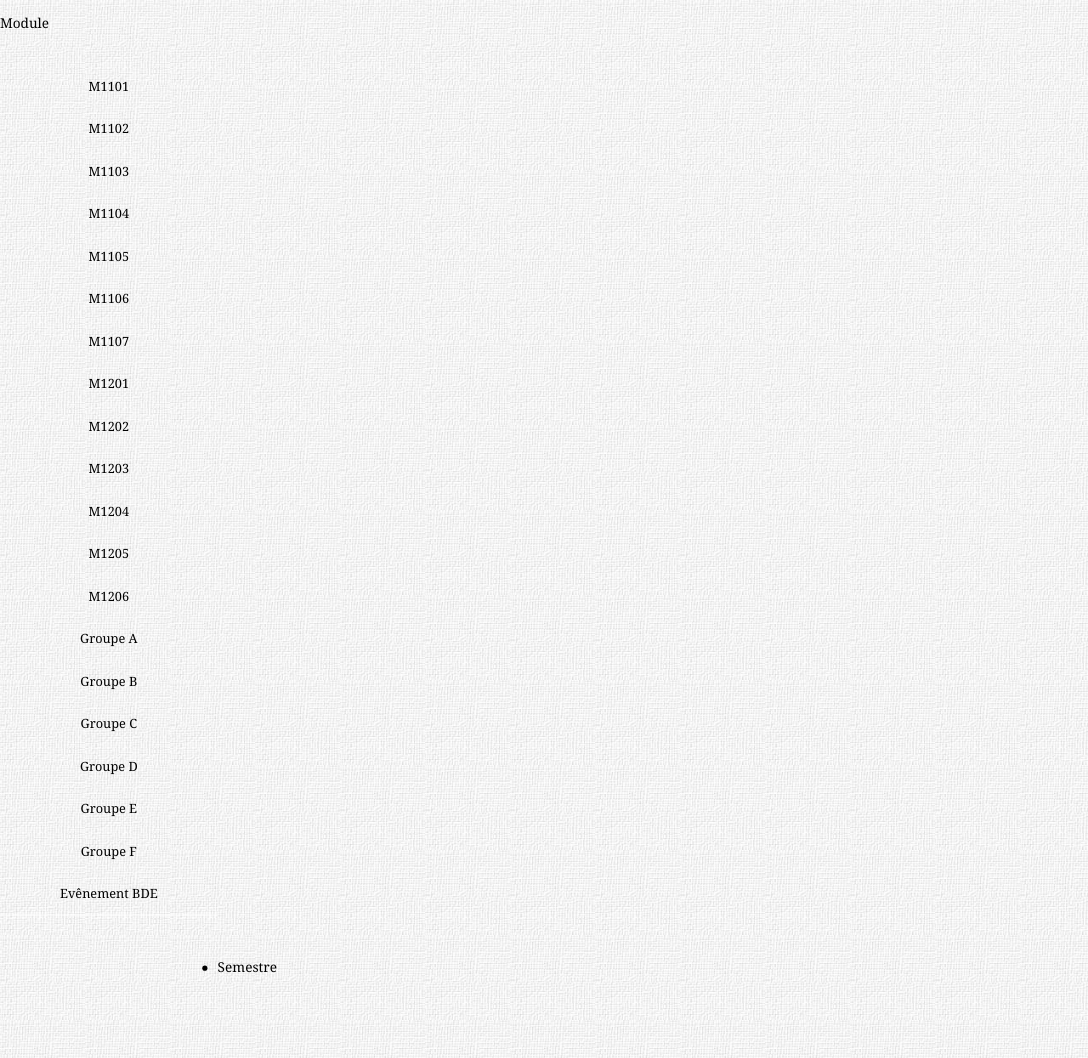
Repository: ValentinArg/PETUT
Page: http://localhost/PETUT/WEB-INF/jsp/eleve/semestre1.jsp
An editor plug-in stored every save of this project. The page is shown before and after the next save, followed by the edit.
The browser window is 1280 px wide. The pictures show the whole page, at 85% of full size.
Some web libraries are served in a nearby version. The page is served by Tomcat 9. Nobody is signed in. Other server files are loaded and not shown. The template is opened directly, without the code that normally fills it, so the values that code supplies are empty.

Above is the page before, as saved 2016-10-01 16:16:35.

### PETUT/WebContent/WEB-INF/jsp/eleve/semestre1.jsp
<%@ page language="java" contentType="text/html; charset=ISO-8859-1"
    pageEncoding="ISO-8859-1"%>
<!DOCTYPE html PUBLIC "-//W3C//DTD HTML 4.01 Transitional//EN" "http://www.w3.org/TR/html4/loose.dtd">
<html>
<head>
<meta http-equiv="Content-Type" content="text/html; charset=ISO-8859-1">
<link rel ="stylesheet" href = "/PETUT/css/main.css"/>
<link rel ="stylesheet" href = "/PETUT/css/allSemestres.css"/>
<title>Insert title here</title>
</head>
<body>
	<jsp:include page="../enTete.jsp"/>

	<div class="navigation">
		<ul>
			<li class="parent" id="parent1"><p class="module">M1101</p></li>
			<li class="parent" id="parent2"><p class="module">M1102</p></li>
			<li class="parent" id="parent1"><p class="module">M1103</p></li>
			<li class="parent" id="parent2"><p class="module">M1104</p></li>
			<li class="parent" id="parent1"><p class="module">M1105</p></li>
			<li class="parent" id="parent2"><p class="module">M1106</p></li>
			<li class="parent" id="parent1"><p class="module">M1107</p></li>
			<li class="parent" id="parent2"><p class="module">M1201</p></li>
			<li class="parent" id="parent1"><p class="module">M1202</p></li>
			<li class="parent" id="parent2"><p class="module">M1203</p></li>
			<li class="parent" id="parent1"><p class="module">M1204</p></li>
			<li class="parent" id="parent2"><p class="module">M1205</p></li>
			<li class="parent" id="parent1"><p class="module">M1206</p></li>
			<li class="parent" id="parent1"><p class="module">Groupe A</p></li>
			<li class="parent" id="parent2"><p class="module">Groupe B</p></li>
			<li class="parent" id="parent1"><p class="module">Groupe C</p></li>
			<li class="parent" id="parent2"><p class="module">Groupe D</p></li>
			<li class="parent" id="parent1"><p class="module">Groupe E</p></li>
			<li class="parent" id="parent2"><p class="module">Groupe F</p></li>
			<li class="parent" id="parent1"><p class="module">Evênement BDE</p></li>

		</ul>
	</div>
	<div class="conteneurGeneral">
		<ul class="nav" id="nav">
			<li class="partie"><a>Semestre</a></li>
		</ul>
	</div>

</body>
</html>

### PETUT/WebContent/WEB-INF/jsp/enTete.jsp
<%@ page language="java" contentType="text/html; charset=ISO-8859-1"
    pageEncoding="ISO-8859-1"%>
<!DOCTYPE html PUBLIC "-//W3C//DTD HTML 4.01 Transitional//EN" "http://www.w3.org/TR/html4/loose.dtd">
<html>
<head>
	<meta http-equiv="Content-Type" content="text/html; charset=ISO-8859-1">
	<title>Insert title here</title>
	<link rel ="stylesheet" href = "/PE2I/css/main.css"/>
	<script src="https://code.jquery.com/jquery-1.12.4.js"></script>
  	<script src="https://code.jquery.com/ui/1.12.1/jquery-ui.js"></script>

</head>
<body>
	<div class=enTete>
		<p class="boutonHautBas" id="boutonHautBas">Module</p>
		<ul class="nav" id="nav">
			<c:forEach var="forum" items="${listeForum}">
				<li class=" partie"><a class="forum" id="${forum.id}"><c:out value="${forum.nom}"/></a></li>
			</c:forEach>
			<!-- <li class="partie" id="banniere"><a>PETUT</a></li>-
			<li class=" partie"><a class="forum" id="1">Cours</a></li>
			<li class="partie"><a class="forum" id="2">Travaux Dirigées</a></li>
			<li class="partie"><a class="forum" id="3">Travaux Pratiques</a></li>
			<li class="partie"><a class="forum" id="4">Partiels</a></li>
			<li class="partie"><a>Mon Compte</a></li>-->
		</ul>
	</div>

</body>
</html>

### PETUT/WebContent/css/main.css
@CHARSET "ISO-8859-1";

@CHARSET "UTF-8";
/* Général ------------------------------------------------------------------------------------- */

html {
  height: 100%;
  box-sizing: border-box;
}

*,
*:before,
*:after {
  box-sizing: inherit;
}

body {
	background-image : url(../images/fond.jpg);
	position: relative;
 	margin: 0;
  padding-bottom: 6rem;
  min-height: 100%;
}

body,p,legend, label, input {
    font: normal 8pt;
    font-family:  Georgia, serif;
}

header img {
	width:470px;
	display:inline;
}
header .logoiut{
	height:135px;
	width:215px;
}
header{

	height:135px;
	margin-left:auto;
	margin-right:auto;
	background-image : url(../images/fondbanniere.jpg);
	width:85%;
	min-width:880px;
}
nav {
	width:85%;
	min-width:880px;
	margin-left:auto;
	margin-right:auto;
	text-align:left;

}
.general{
	width:85%;
	min-width:880px;
	margin-left:auto;
	margin-right:auto;
	background-image:url(../images/fondgeneral.jpg);
	padding-top:30px;
	padding-bottom:10px;
	min-height:69vh;
	margin-bottom:-24px;
}
footer {
	width:85%;
	min-width:880px;
	margin-left:auto;
	margin-right:auto;
	font-size:80%;
	position: absolute;
  	right: 0;
  	bottom: 0;
  	left: 0;
  	padding: 1rem;
  	margin-top:0;
	background-image:url(../images/fondgeneral.jpg);
}

### PETUT/WebContent/css/allSemestres.css
.parent{

	list-style:none;
	font-size:15px;
	cursor:pointer;
	width:100%;
	display:inline-block;

}

.navigation ul{
	width:100%;
	display:inline-block;

}




ul{
	margin:0;
	padding:0;
}

.ue {

	border-top:solid 1px white;
	display:block;
	padding:10px;
	text-align:center;
	background-color:#4CAF50;
	margin:0;
}

.ue:hover{
	color:white;
}

.module p{

	border:none;
	border-bottom:solid 1px white;
	display: block;
	padding:10px;
	text-align:center;
	background-color:#333;
	margin:0;


}

.module p:hover{
	color:white;
	cursor:pointer;
}

.semestres{
	background-color:#4CAF50;

}

a{
	cursor:pointer;
}





body{

	margin:0;
	padding:0;
}



.navigation{

	display:inline-block;
	list-style : none;
	margin:0;
	padding:0;
	position: relative;
	z-index:5;
	width:20%;
	border-bottom:solid 1px white;
	text-align:center;
	height:95.5%;
	max-height:95.3%;
	overflow: auto;


}

.conteneurGeneral{
	text-align:justify;
	display:inline-block;
	height:100%;
	position:relative;
	width: 80%;
	margin:0;
	margin-left:20%;
	padding:0;
	margin-top:50px;
	vertical-align:top;

}

.selection{
	display:block;
	vertical-align:top;
	list-style : none;
	margin:0;
	background: Grey;
	z-index:5;
	height:4.7%;
	border-bottom:solid 1px white;
	text-align: center;

}



.type {
	display: inline-block;
	padding:8px;
	font-size:20px;
	height:20px;
	vertical-align:top;
	width:20%;

}

.type p {
	margin:0;
	padding:0;
	color:white;
	cursor:pointer;
}

.type:hover{
	background:#333;

}

.tableauTopic{
	text-align: center;
	position:relative;
	display:block;

}

After the next save:
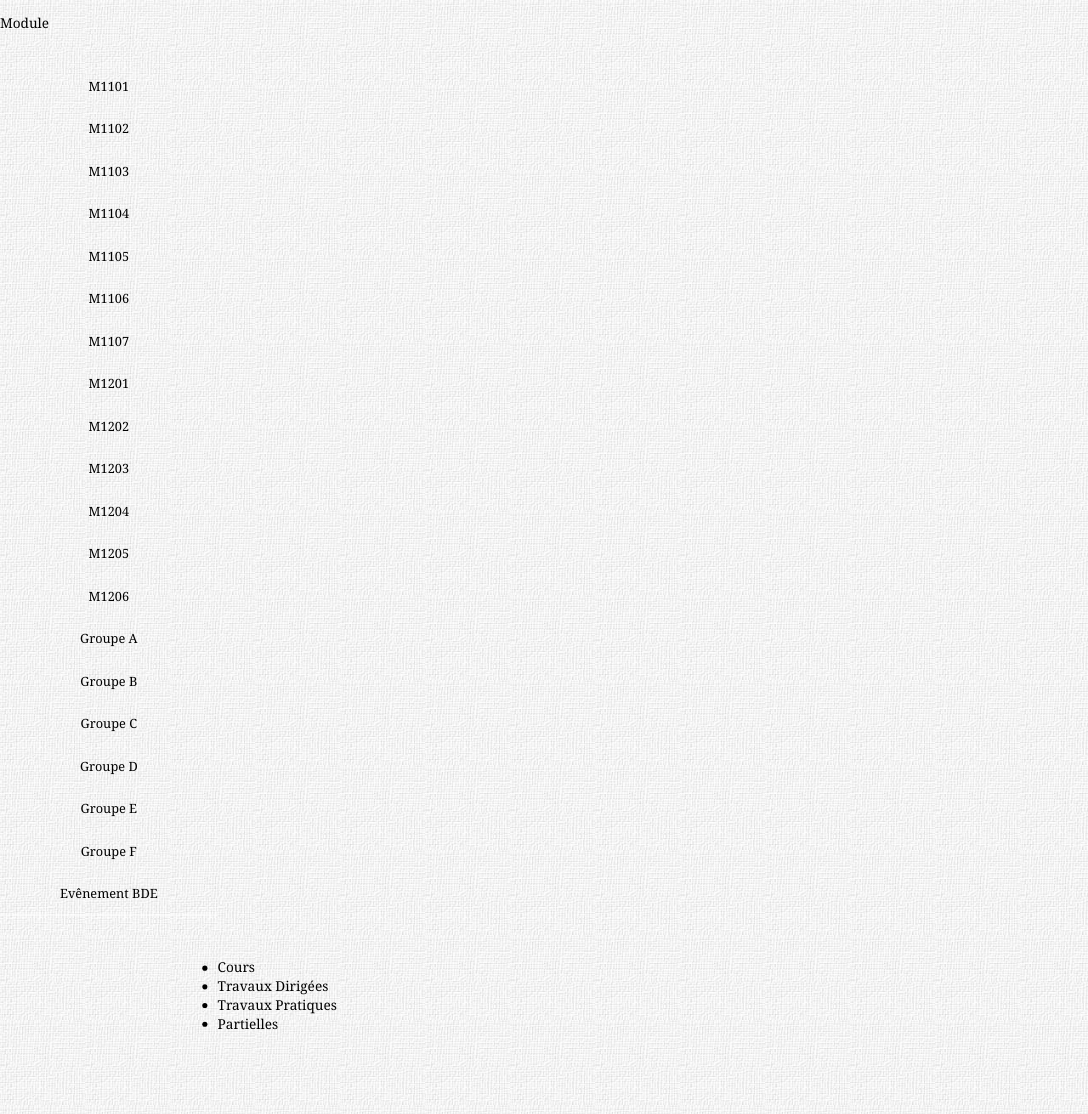
Saved 35 s later.
--- a/PETUT/WebContent/WEB-INF/jsp/eleve/semestre1.jsp
+++ b/PETUT/WebContent/WEB-INF/jsp/eleve/semestre1.jsp
@@ -38,7 +38,10 @@
 	</div>
 	<div class="conteneurGeneral">
 		<ul class="nav" id="nav">
-			<li class="partie"><a>Semestre</a></li>
+			<li class="partie"><a>Cours</a></li>
+			<li class="partie"><a>Travaux Dirigées</a></li>
+			<li class="partie"><a>Travaux Pratiques</a></li>
+			<li class="partie"><a>Partielles</a></li>
 		</ul>
 	</div>
 
